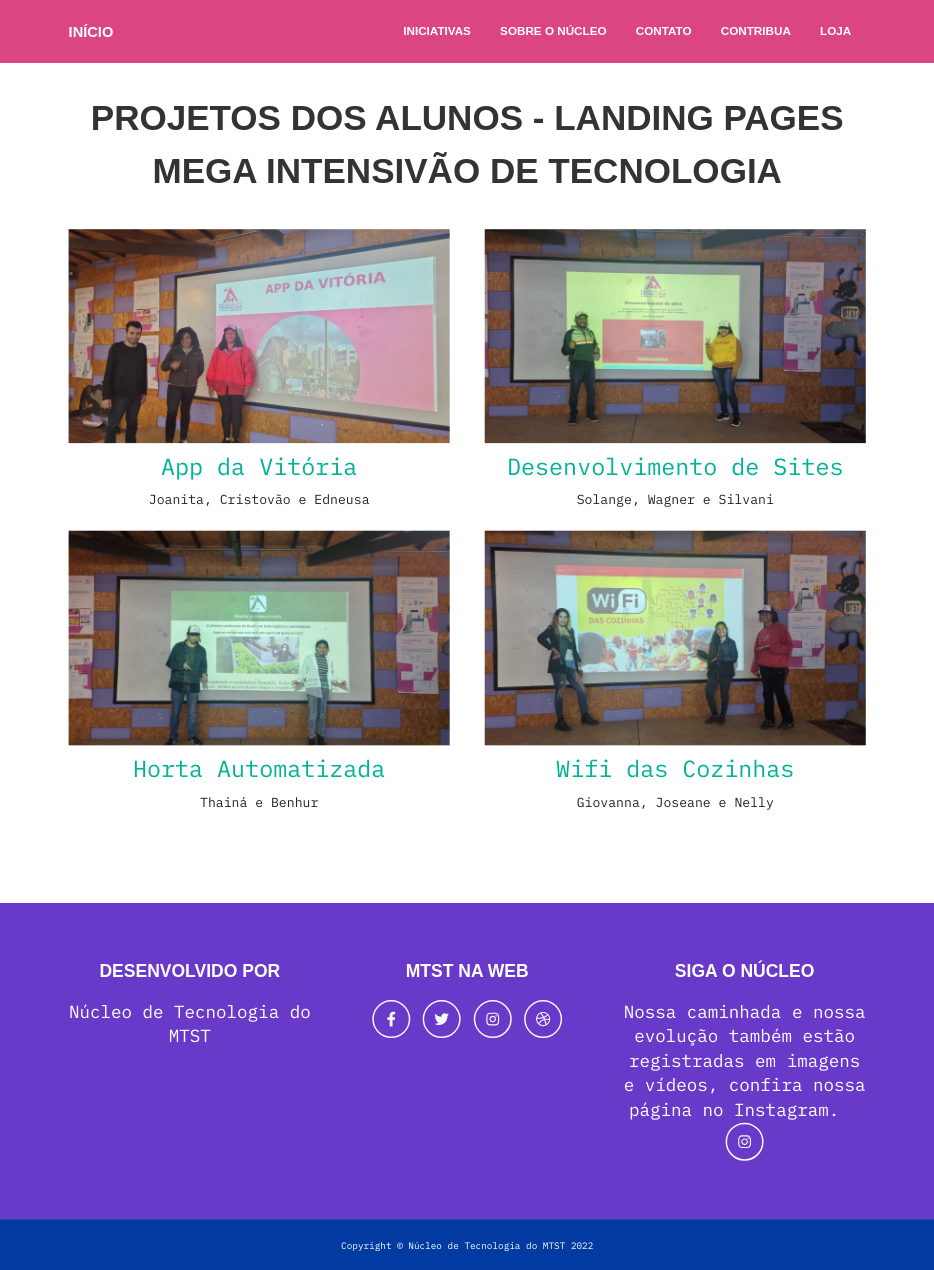
Repository: dsilvadori/nucleodetecnologia.com.br
Page: mit/index.html
The author's editor kept a copy of each file at every save. The page is drawn from the files as they stood at one save, then again after the next save.
The browser window is 1280 px wide. The pictures show the whole page, at 73% of full size.
Some web fonts or font styles are not loaded; a fallback is used.

Above is the page before, as saved 2022-07-31 16:08:33.

After the next save:
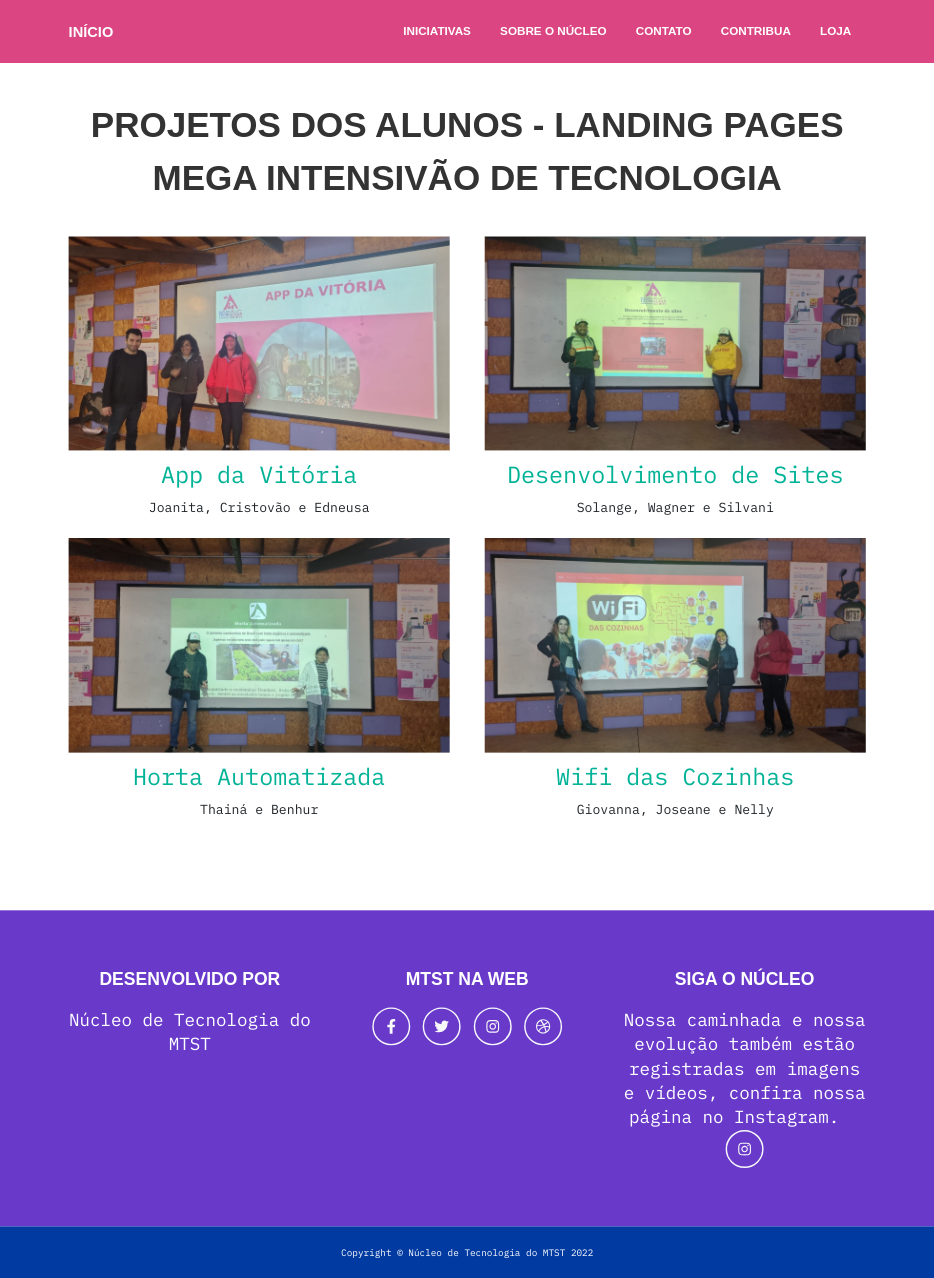
Saved 60 s later.
--- a/mit/index.html
+++ b/mit/index.html
@@ -65,7 +65,7 @@
             <div class="container">
                 <p class="lead" style="margin-top:30px"><span style="font-size: 20px;font-weight:300;"></span></p>
             </div>
-            <h2 class="page-section-heading text-center text-uppercase text-secondary mb-0" style="margin-top:30px;line-height:1.5;">PROJETOS DOS ALUNOS - LANDING PAGES<br>MEGA INTENSIVÃO DE TECNOLOGIA</h2>
+            <h2 class="page-section-heading text-center text-uppercase text-secondary mb-0" style="margin-top:40px;line-height:1.5;">PROJETOS DOS ALUNOS - LANDING PAGES<br>MEGA INTENSIVÃO DE TECNOLOGIA</h2>
                 <!-- Icon Divider-->
             <div class="divider-custom">
                 <div class="divider-custom-line"></div>
